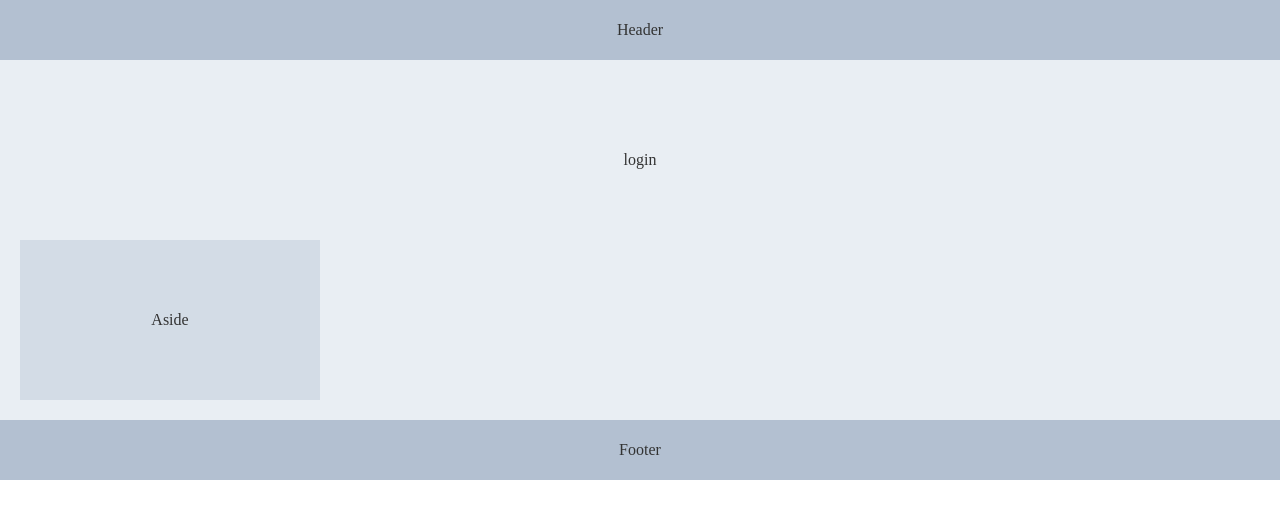
Repository: Trayvon21/cnode
Page: /login
The author's editor kept a copy of each file at every save. The page is drawn from the files as they stood at one save, then again after the next save.
The browser window is 1280 px wide. The pictures show the whole page.
The project was rebuilt for these pictures with package versions that can differ from the ones it lists, and the page was loaded fresh each time. Also part of the build but not shown: vue.config.js.

Above is the page before, as saved 2019-12-16 13:26:36.

After the next save:
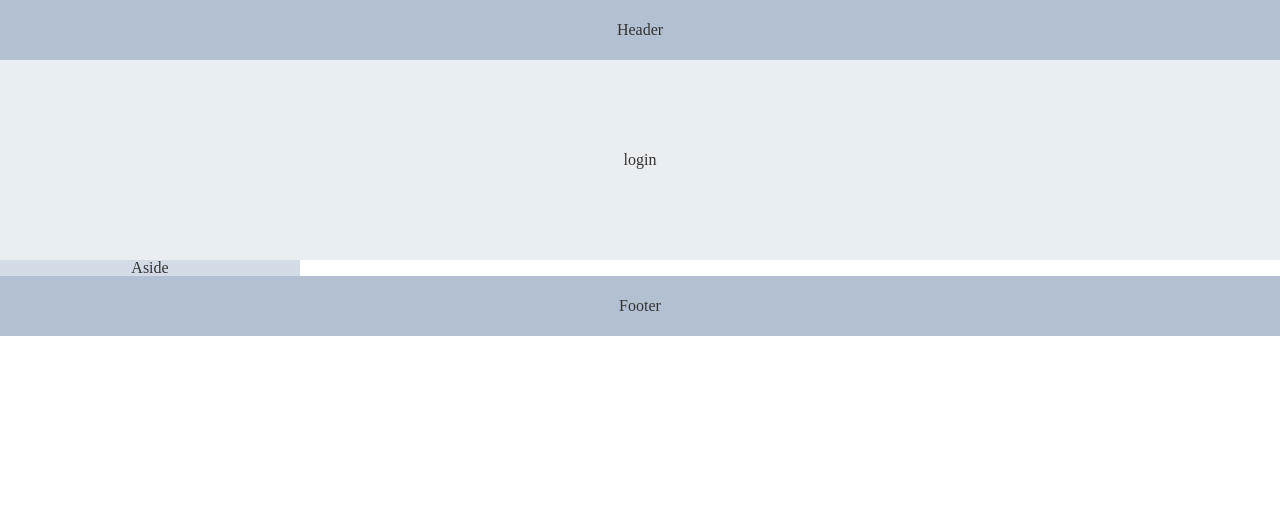
Saved 43 s later.
--- a/src/views/Home.vue
+++ b/src/views/Home.vue
@@ -3,8 +3,10 @@
     <el-container>
       <el-header>Header</el-header>
       <el-main>
-        <router-view /><el-aside>Aside</el-aside>
+        <router-view />
       </el-main>
+      <el-aside>Aside</el-aside>
+
       <el-footer>Footer</el-footer>
     </el-container>
   </div>
